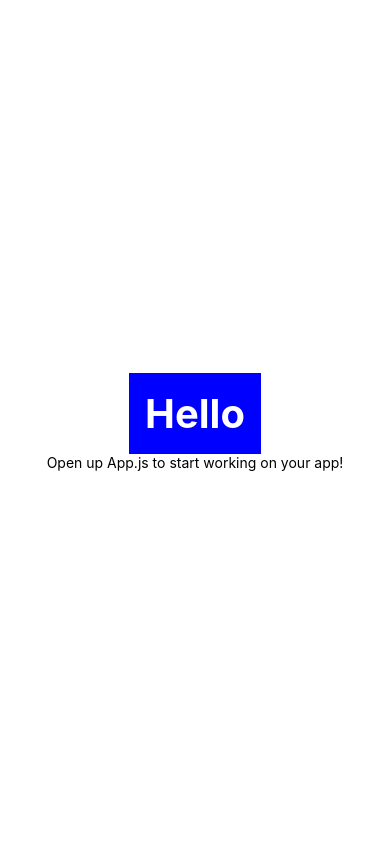
Repository: hirano-step/MemoApp
Screen: /
An editor plug-in stored every save of this project. The screen is shown before and after the next save, followed by the edit.
The app was drawn by React Native's web renderer in a window 390 px wide. The project was rebuilt for these pictures with package versions that can differ from the ones it lists, and the page was loaded fresh each time.

Above is the screen before, as saved 2023-01-10 14:58:22.

### App.jsx
import { StatusBar } from 'expo-status-bar';
import { StyleSheet, Text, View } from 'react-native';

import Hello from './src/components/Hello';

export default function App() {
  return (
    <View style={styles.container}>
      <Hello>World</Hello>
      <Text>Open up App.js to start working on your app!</Text>
      {/* eslint-disable-next-line */}
      <StatusBar style="auto" />
    </View>
  );
}

const styles = StyleSheet.create({
  container: {
    flex: 1,
    backgroundColor: '#fff',
    alignItems: 'center',
    justifyContent: 'center',
  },
});

### src/components/Hello.jsx
import React from 'react';
import { View, Text, StyleSheet } from 'react-native';

function Hello() {
return (
    <View>
        <Text style={styles.text}>Hello</Text>
    </View>
    );
}

const styles = StyleSheet.create({
    text: {
        color: '#FFFFFF',
        backgroundColor: 'blue',
        fontSize: 40,
        fontWeight: 'bold',
        padding: 16,
    },
});

export default Hello;

After the next save:
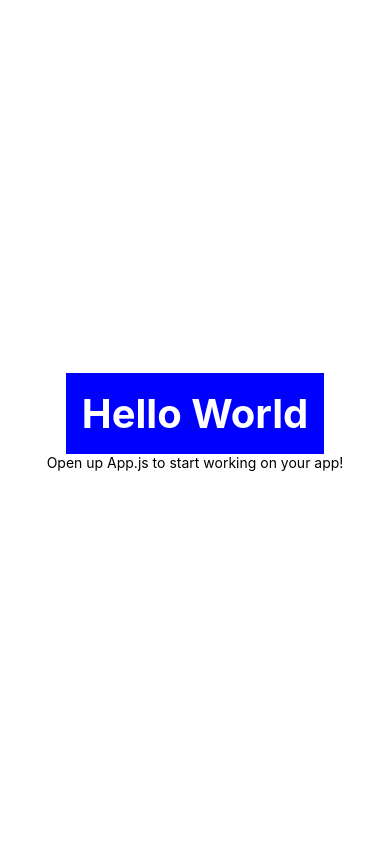
Saved 114 s later.
--- a/src/components/Hello.jsx
+++ b/src/components/Hello.jsx
@@ -1,10 +1,13 @@
 import React from 'react';
 import { View, Text, StyleSheet } from 'react-native';
 
-function Hello() {
+function Hello(props) {
+    const children = props.children;
 return (
     <View>
-        <Text style={styles.text}>Hello</Text>
+        <Text style={styles.text}>
+            Hello {children}
+            </Text>
     </View>
     );
 }
